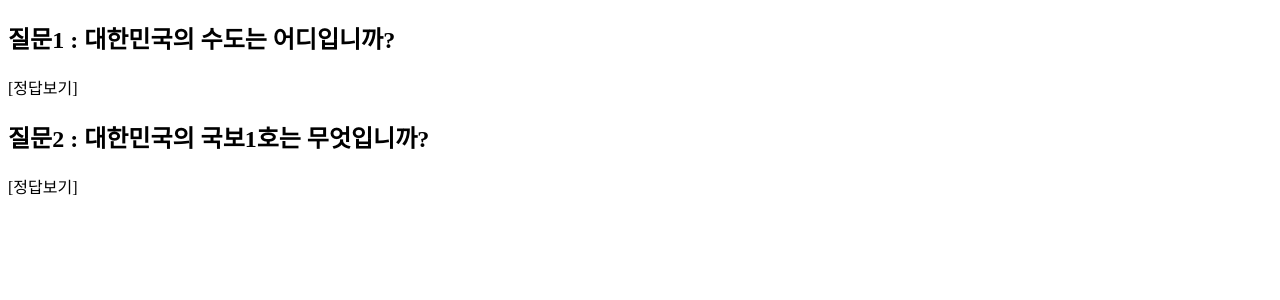
Repository: yoojisoo/YONSAI
Page: http://localhost/teatJava/html/script05.jsp
These files come from the project's save history. The page is drawn as it stood at one moment and after the next save; the edit follows.
The browser window is 1280 px wide. The pictures show the whole page.
The page is served by Tomcat 9.

Above is the page before, as saved 2021-08-20 05:30:16.

After the next save:
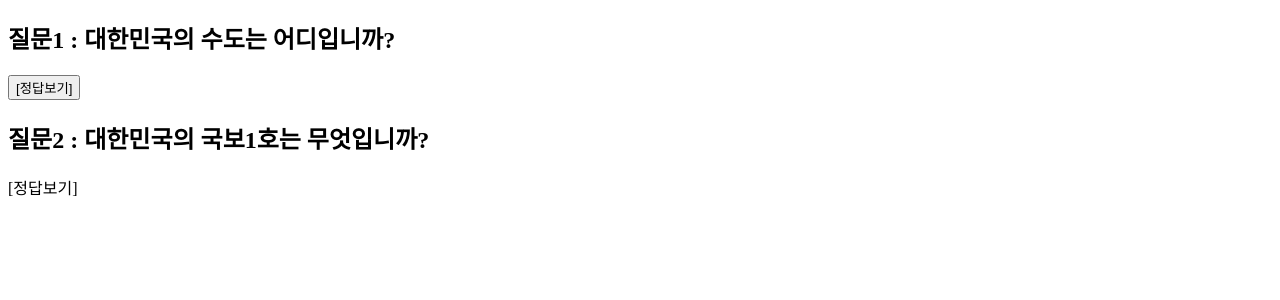
Saved 104 s later.
--- a/jsworkspace/teatJava/src/main/webapp/html/script05.jsp
+++ b/jsworkspace/teatJava/src/main/webapp/html/script05.jsp
@@ -32,7 +32,7 @@
 </head>
 <body>
 	<h2>질문1 : 대한민국의 수도는 어디입니까?</h2>
-		<p class="q1">[정답보기]</p>
+		<button class="q1">[정답보기]</button>
 		<ans class="q1">대한민국의 수도는 서울입니다.</ans>
 
 
